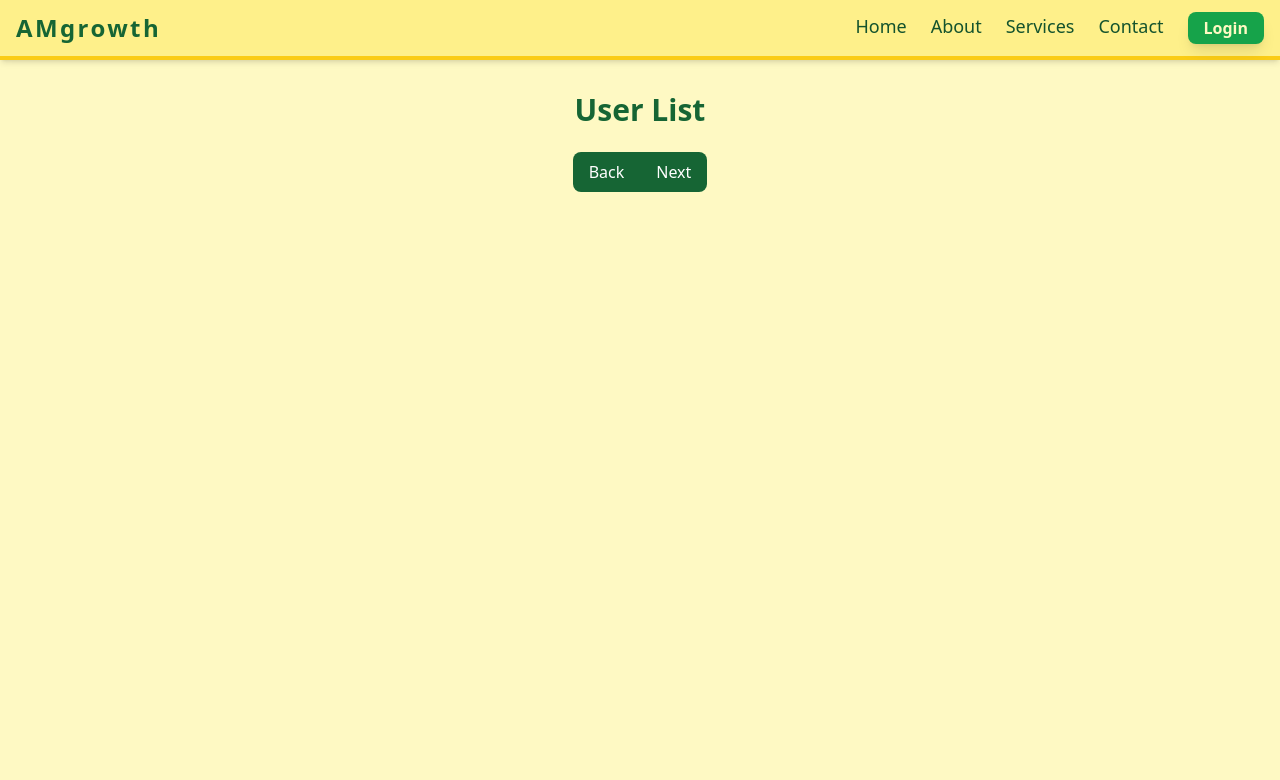
Repository: ArievfRahman-Dev/Mini-Project-II
Page: / (app in miniproject2/)
These files come from the project's save history. The page is drawn as it stood at one moment and after the next save; the edit follows.
The browser window is 1280 px wide. The pictures show the whole page.
The page's requests for data from a server got no answer. The project was rebuilt for these pictures with package versions that can differ from the ones it lists, and the page was loaded fresh each time. No one was signed in, and anything a server would have sent is missing. Also part of the build but not shown: miniproject2/vite.config.js, miniproject2/src/pages/DetailUser/index.jsx, miniproject2/src/pages/LoginPage/index.jsx, miniproject2/src/pages/RegisterPages/index.jsx, miniproject2/src/routes/ProtectedRoute.jsx.

Above is the page before, as saved 2024-12-16 22:32:57.

After the next save:
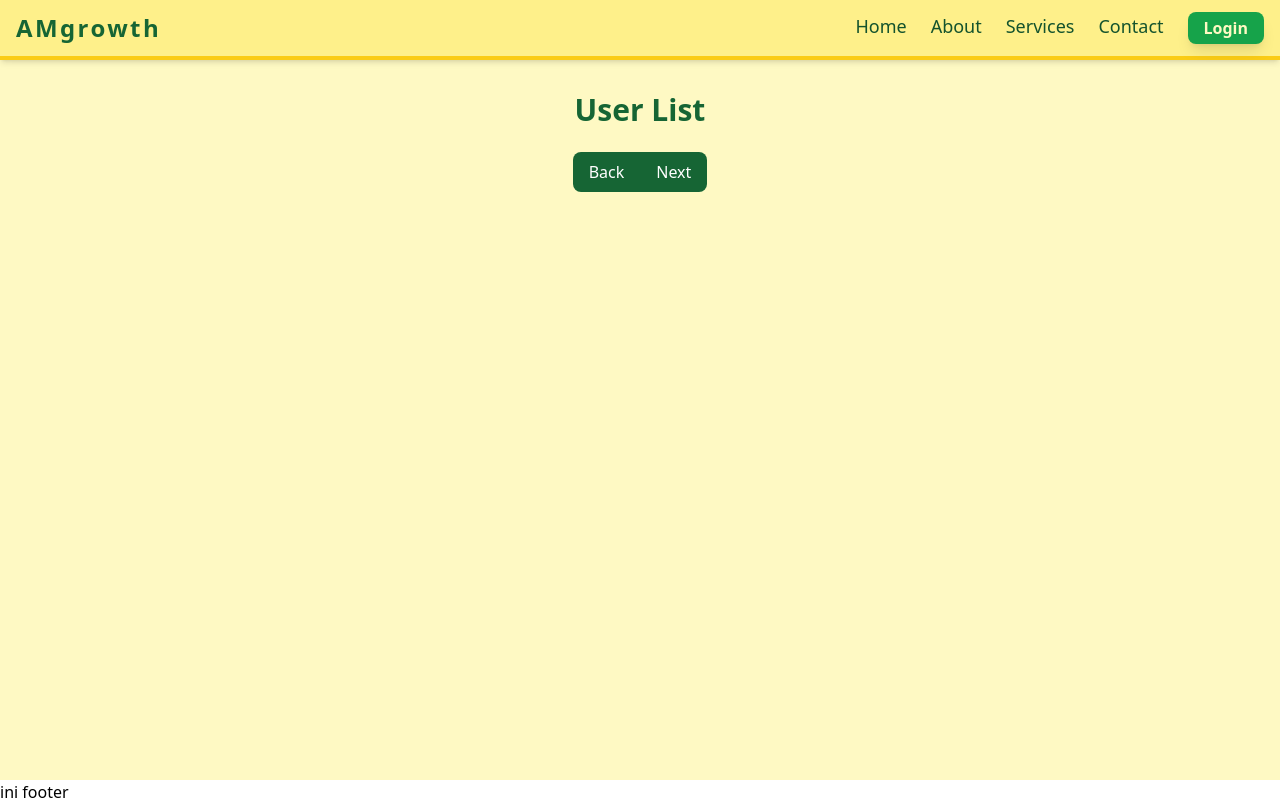
Saved 65 s later.
--- a/miniproject2/src/pages/HomePage/index.jsx
+++ b/miniproject2/src/pages/HomePage/index.jsx
@@ -1,4 +1,5 @@
 import { Navbar } from "../../components/Navbar";
+import { Footer } from "../../components/Footer";
 import { useState, useEffect } from "react";
 import axios from "axios";
 import { Link } from "react-router-dom";
@@ -77,6 +78,7 @@ export const HomePage = () => {
           </div>
         </div>
       </div>
+      <Footer />
     </div>
   );
 };
